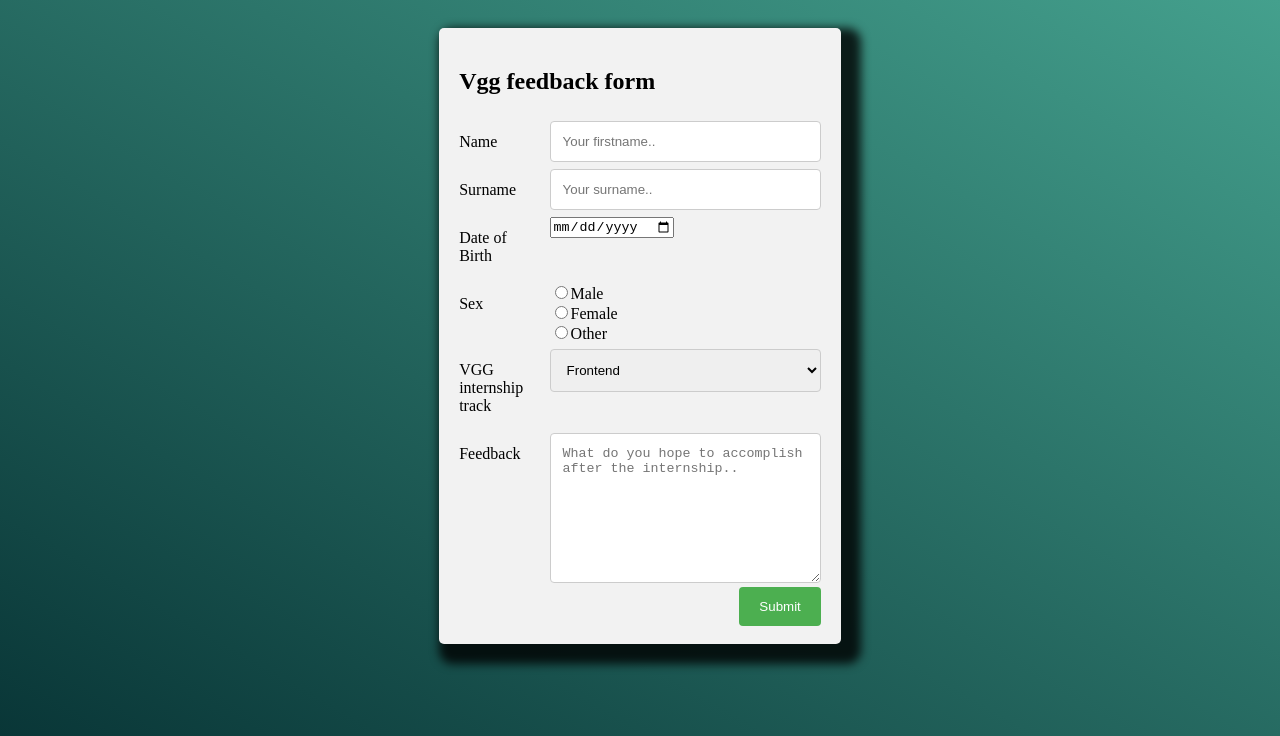
Repository: iphyokafor/VGG-Feedback-form
Page: index2.html
These files come from the project's save history. The page is drawn as it stood at one moment and after the next save; the edit follows.
The browser window is 1280 px wide. The pictures show the whole page.

Above is the page before, as saved 2020-01-13 01:00:40.

### index2.html
<!DOCTYPE html>
<html lang="en">

<head>
    <meta charset="UTF-8">
    <meta name="viewport" content="width=device-width, initial-scale=1.0">
    <meta http-equiv="X-UA-Compatible" content="ie=edge">
    <title>VGG feedback form</title>
    <link rel="stylesheet" href="./main.css">
</head>

<body>
    <div class="container">
        <form>
            <h2 class="heading">Vgg feedback form</h2>
            <div class="row">
                <div class="col-25">
                    <label for="name">Name</label>
                </div>
                <div class="col-75">
                    <input type="text" class="txtinput" id="name" name="name" placeholder="Your firstname..">
                </div>
            </div>
            <div class="row">
                <div class="col-25">
                    <label for="surname">Surname</label>
                </div>
                <div class="col-75">
                    <input type="text" class="txtinput" id="surname" name="surname" placeholder="Your surname..">
                </div>
            </div>
            <div class="row">
                <div class="col-25">
                    <label for="dob">Date of Birth</label>
                </div>
                <div class="col-75">
                    <input type="date" id="date" name="date">
                </div>
            </div>
            <div class="row">
                <div class="col-25">
                    <label for="sex">Sex</label>
                </div>
                <div class="col-75">
                    <input type="radio" name="gender">Male<br>
                    <input type="radio" name="gender">Female<br>
                    <input type="radio" name="gender">Other
                </div>
            </div>
            <div class="row">
                <div class="col-25">
                    <label for="VGG internship">VGG internship track</label>
                </div>
                <div class="col-75">
                    <select id="VGG internship" name="VGG">
            <option value="frontend">Frontend</option>
            <option value="backend">Backend</option>
            <option value="ui/ux">UI/UX</option>
            <option value="software">Software Quality Assurance</option>
            <option value="devops">DevOps</option>
          </select>
                </div>
            </div>
            <div class="row">
                <div class="col-25">
                    <label for="feedback">Feedback</label>
                </div>
                <div class="col-75">
                    <textarea id="feedback" name="feedback" placeholder="What do you hope to accomplish after the internship.." style="height:150px"></textarea>
                </div>
            </div>
            <div class="row">
                <input type="submit" class="btn" value="Submit">
            </div>
        </form>
    </div>

</body>

</html>

### main.css
/* Style inputs, select elements and textareas */

body {
    display: flex;
    justify-content: center;
    flex-wrap: wrap;
    background: linear-gradient(to right top, #093637, #44A08D);
    background-repeat: no-repeat;
    height: 100vh;
}

.txtinput,
select,
textarea {
    width: 100%;
    padding: 12px;
    border: 1px solid #ccc;
    border-radius: 4px;
    box-sizing: border-box;
    resize: vertical;
}


/* Style the label to display next to the inputs */

label {
    padding: 12px 12px 12px 0;
    display: inline-block;
}


/* Style the submit button */

.btn {
    background-color: #4CAF50;
    color: white;
    padding: 12px 20px;
    border: none;
    border-radius: 4px;
    cursor: pointer;
    float: right;
    transition: all 1s;
}

.btn:hover {
    transform: scale(1.1);
}


/* Style the container */

.container {
    height: 80vh;
    margin-top: 20px;
    border-radius: 5px;
    background-color: #f2f2f2;
    padding: 20px;
    box-shadow: 10px 10px 10px 10px rgba(0, 0, 0, 0.8);
    transition: border 0.15s linear 0s, linear 0s, color 0.15s linear 0s;
}


/* Floating column for labels: 25% width */

.col-25 {
    float: left;
    width: 25%;
    margin-top: 6px;
}


/* Floating column for inputs: 75% width */

.col-75 {
    float: left;
    width: 75%;
    margin-top: 6px;
}


/* Clear floats after the columns */

.row:after {
    content: "";
    display: table;
    clear: both;
}


/* Responsive layout - when the screen is less than 600px wide, make the two columns stack on top of each other instead of next to each other */

@media screen and (max-width: 600px) {
    .col-25,
    .col-75,
    input[type=submit] {
        width: 100%;
        margin-top: 0;
    }
}

After the next save:
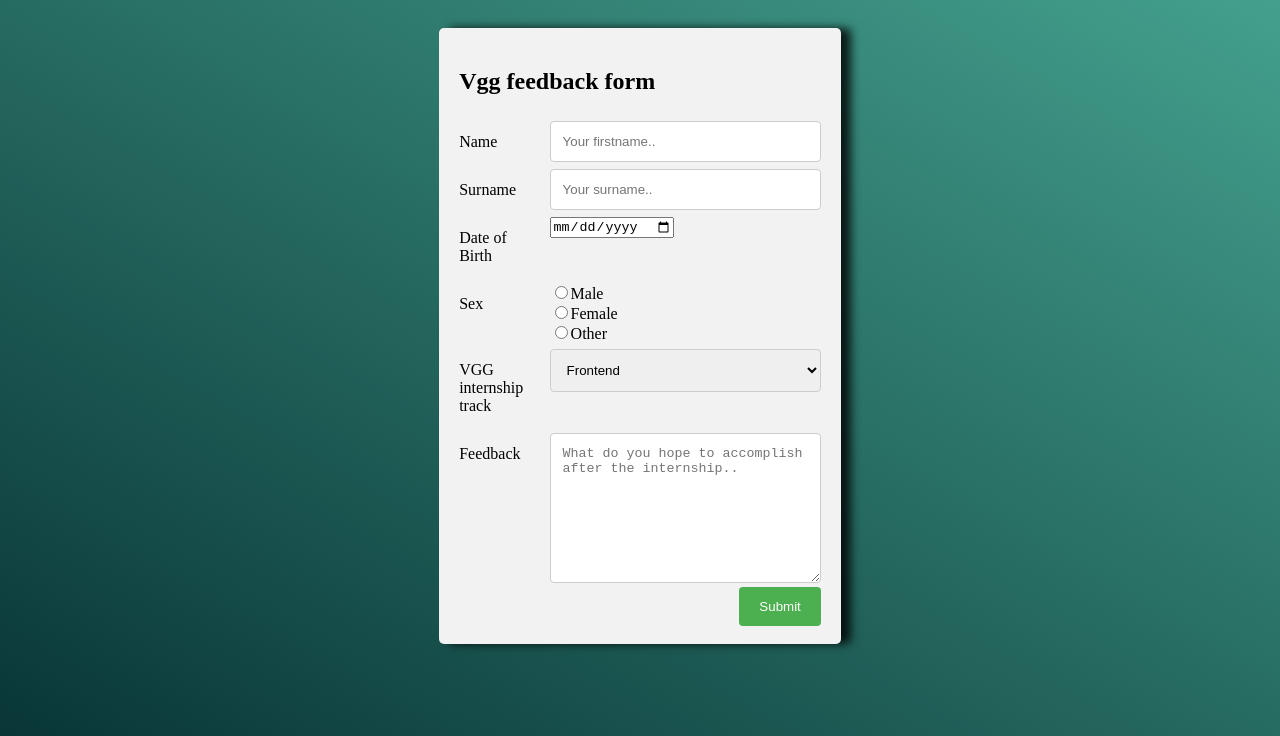
Saved 78 s later.
--- a/main.css
+++ b/main.css
@@ -55,7 +55,7 @@ label {
     border-radius: 5px;
     background-color: #f2f2f2;
     padding: 20px;
-    box-shadow: 10px 10px 10px 10px rgba(0, 0, 0, 0.8);
+    box-shadow: 10px 0px 10px rgba(0, 0, 0, 0.8);
     transition: border 0.15s linear 0s, linear 0s, color 0.15s linear 0s;
 }
 
